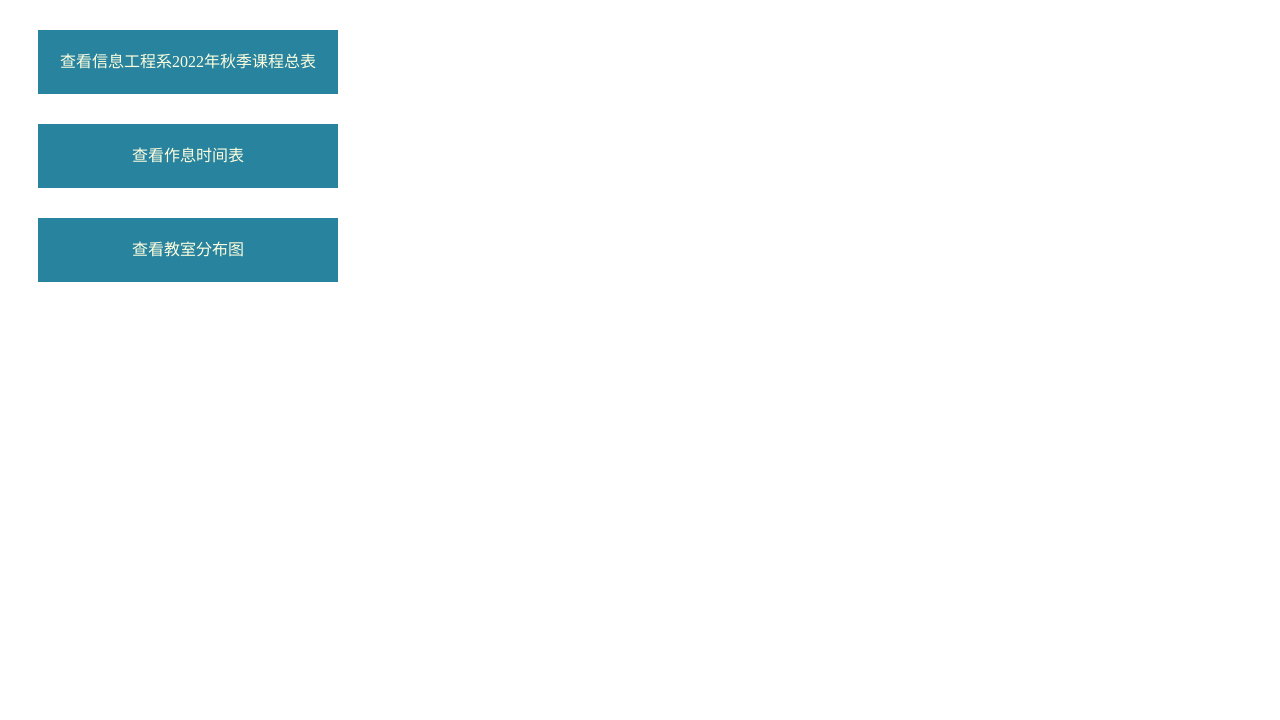
Repository: teacherlonglong/teacherlonglong.github.io
Page: 作息时间表.htm
An editor plug-in stored every save of this project. The page is shown before and after the next save, followed by the edit.
The browser window is 1280 px wide. The pictures show the whole page.

Above is the page before, as saved 2022-09-13 17:04:50.

After the next save:
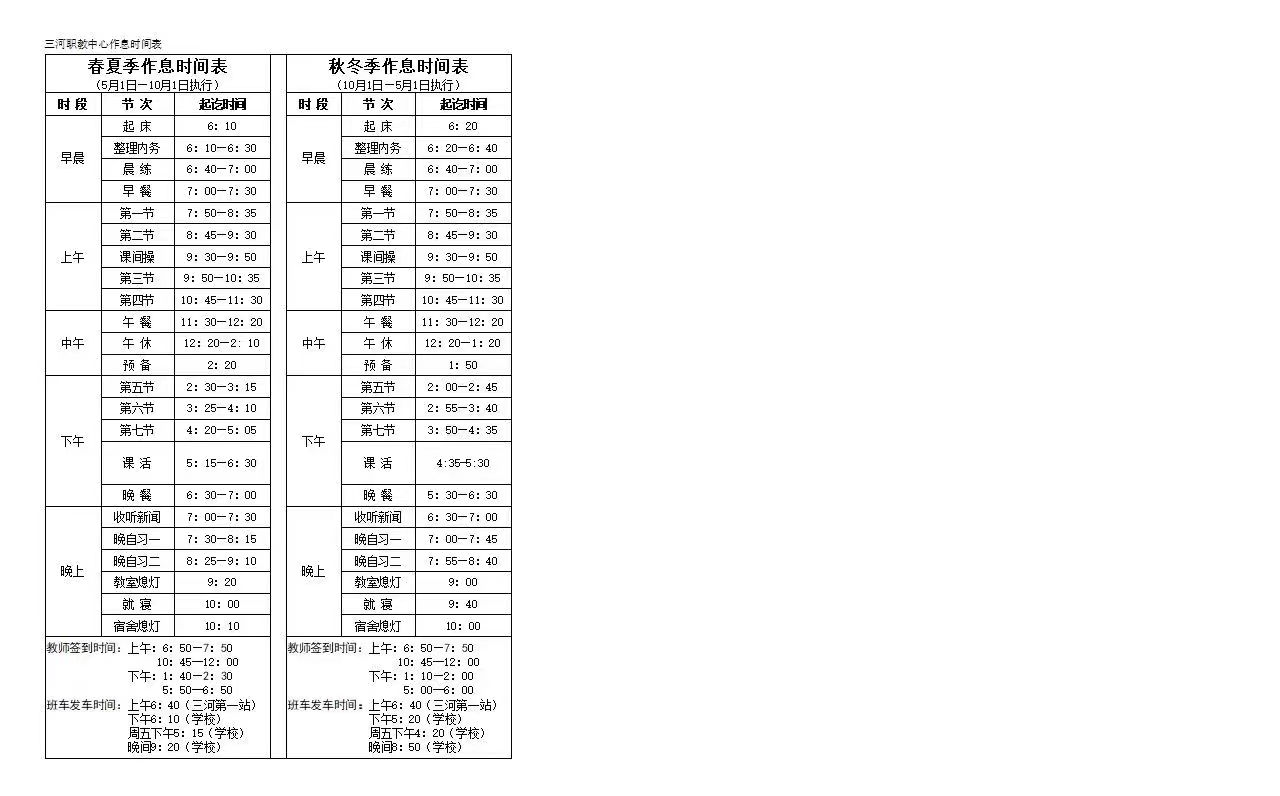
Saved 22 s later.
--- a/作息时间表.htm
+++ b/作息时间表.htm
@@ -18,9 +18,7 @@
 </head>
 
 <body>
-    <a class="mylink" href="./信息工程系2022年秋季课程总表.htm">查看信息工程系2022年秋季课程总表</a>
-    <a class="mylink" href="./作息时间表.htm">查看作息时间表</a>
-    <a class="mylink" href="./教室分布图.htm">查看教室分布图</a>
+    <img src="./作息时间表.jpg" />
 </body>
 
 </html>
